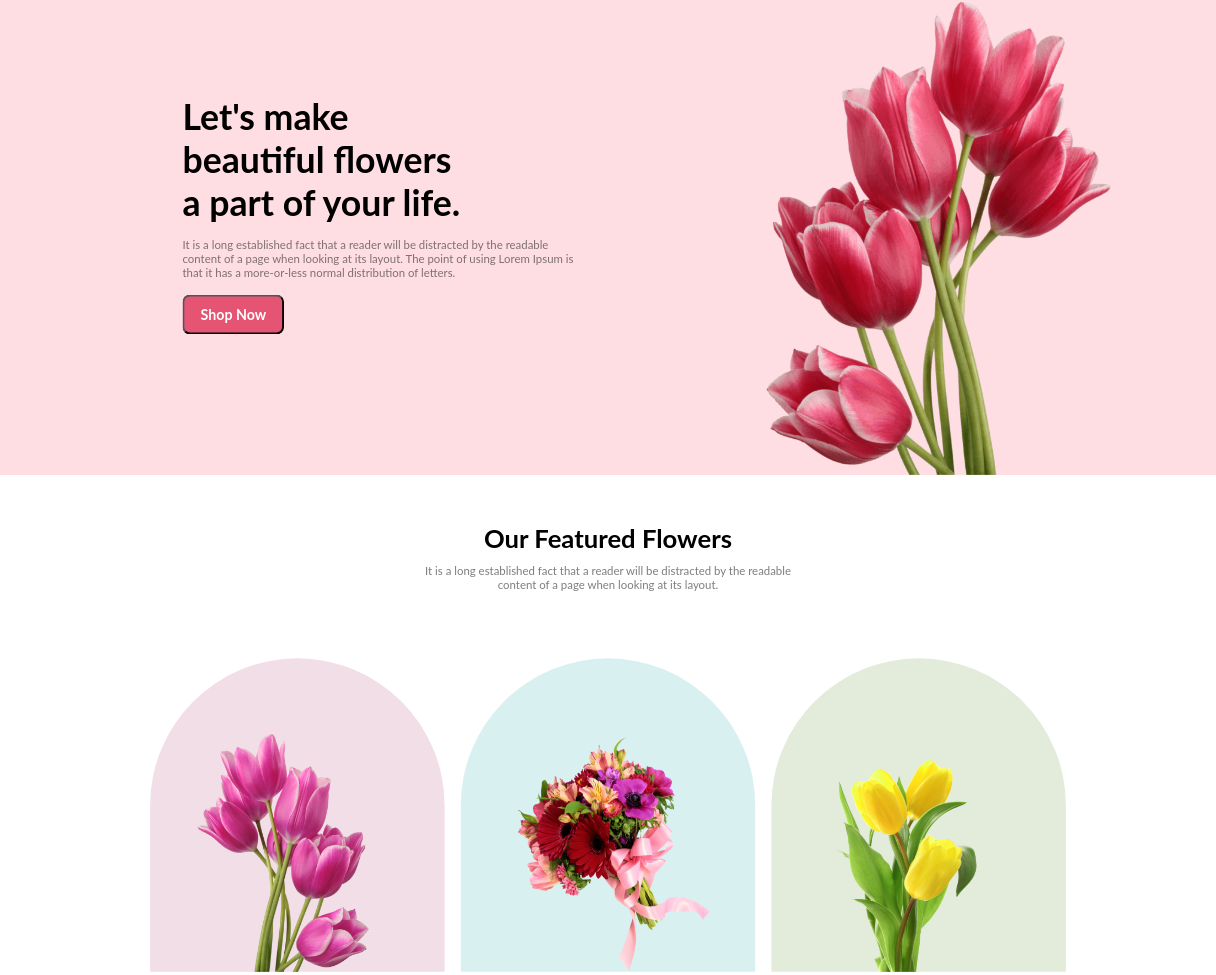
Repository: sadiaafsana138/Flower-Shop_Responsive
Page: index.html
The author's editor kept a copy of each file at every save. The page is drawn from the files as they stood at one save, then again after the next save.
The browser window is 1280 px wide. The pictures show the whole page, at 95% of full size.

Above is the page before, as saved 2023-08-30 04:21:46.

### index.html
<!DOCTYPE html>
<html lang="en">

<head>
    <meta charset="UTF-8">
    <meta name="viewport" content="width=device-width, initial-scale=1.0">
    <title>Flower Shop</title>
    <link rel="stylesheet" href="Flower.css">
</head>

<body>
    <header>
        <section class="Section1">
            <div>
                <div class="HeaderText" id="HeaderText1">
                    <h1>
                        Let's make<br>beautiful flowers<br>a part of your life.
                    </h1>
                </div>
                <div id="HeaderText2">
                    <p>
                        It is a long established fact that a reader will be distracted by the readable<br>content of a
                        page when looking at its layout. The point of using Lorem Ipsum is<br>that it has a more-or-less
                        normal distribution of letters.
                    </p>
                </div>
                <button class="Main_button">
                    Shop Now
                </button>
            </div>
            <div>
                <img src="Images/1.png" alt="Cover image" height="500px" width="400px">
            </div>
        </section>
    </header>
    <main>
        <section class="Section2">
            <div>
                <div id="Section_2_header1">
                    <h1>
                        Our Featured Flowers
                    </h1>
                </div>
                <div>
                    <p id="Section_2_header2">
                    It is a long established fact that a reader will be distracted by the readable<br>content of a page when looking at its layout.
                    </p>
                </div>
            </div>
            <div class="Section_2_pictures">
                <div id="sec2_pic1">
                     <img src="Images/2.png" alt="" height="250px" width="180px">
                </div>
                <div id="sec2_pic2">
                    <img src="Images/3.png" alt="" height="250px" width="230px">
                </div>
                <div id="sec2_pic3">
                    <img src="Images/4.png" alt="" height="250px" width="180px">
                </div>
            </div>
        </section>
        <section class="Section3"></section>
        <section class="Section4"></section>
        <section class="Section5"></section>
        <section class="Section6"></section>
        <section class="Section7"></section>
        <section class="Section8"></section>
    </main>
    <footer>

    </footer>
</body>

</html>

### Flower.css
*{
    margin:0px;
    font-family: Lato;
    font-style: normal;
}
/*Section 1*/
.Section1{
    background-color: rgb(255, 222, 227);
    height:500px;
    width: 100%;
    display: flex;
    justify-content: space-around;
}
#HeaderText1{
    padding: 100px 70px 5px 100px;
    font-size:  25px;
    font-weight: 800;

}
#HeaderText2{
    padding: 10px 0px 5px 100px;
    font-size:  12px;
    font-weight: 400;
    color:rgba(39, 39, 39, 0.60);
}
.Main_button{
    border-radius: 8px;
    background: #E55473;
    color: #FFF;
    font-size: 15px;
    font-weight: 700;
    padding: 10px 17px;
    margin: 10px 0px 0px 100px;
}
/*Section 2*/
#Section_2_header1{
    padding: 50px 0px 10px 0px;
    font-size:  18px;
    font-weight: 800;
    text-align: center;
}
#Section_2_header2{
    font-size:  12px;
    font-weight: 400;
    color:rgba(39, 39, 39, 0.60);
    text-align: center;
}
.Section_2_pictures{
    margin: 70px 150px 0px;
    justify-content: space-around;
    display: flex;
}
#sec2_pic1{
    border-radius: 300px 300px 0px 0px;
    background: rgba(167, 33, 98, 0.15);
    height:250px ;
    width: 230px;
    padding: 80px 30px 0px 50px;
}
#sec2_pic2{
    border-radius: 300px 300px 0px 0px;
    background:rgba(5, 151, 160, 0.15);
    height: 250px;
    width: 230px;
    padding: 80px 30px 0px 50px;
}
#sec2_pic3{
    border-radius: 300px 300px 0px 0px;
    background: rgba(71, 125, 17, 0.15);
    height: 250px;
    width: 230px;
    padding: 80px 30px 0px 50px;

}

After the next save:
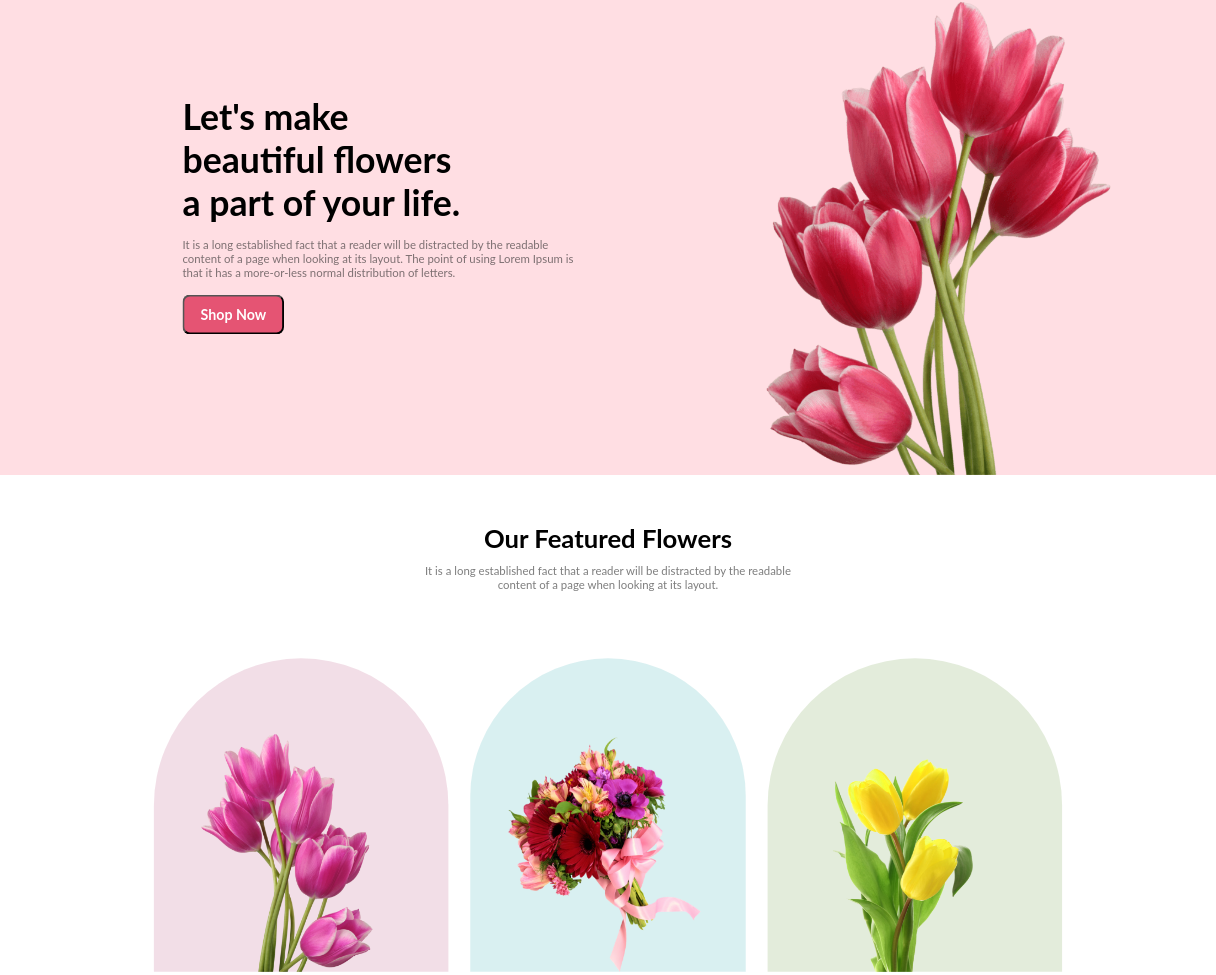
Saved 11 s later.
--- a/Flower.css
+++ b/Flower.css
@@ -62,7 +62,7 @@
     background:rgba(5, 151, 160, 0.15);
     height: 250px;
     width: 230px;
-    padding: 80px 30px 0px 50px;
+    padding: 80px 30px 0px 30px;
 }
 #sec2_pic3{
     border-radius: 300px 300px 0px 0px;
